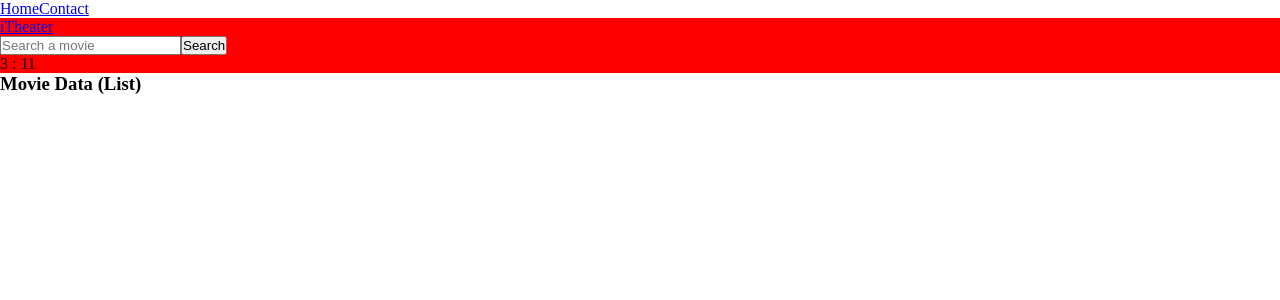
Repository: just-mann/itheater
Page: /
An editor plug-in stored every save of this project. The page is shown before and after the next save, followed by the edit.
The browser window is 1280 px wide. The pictures show the whole page.
The page's requests for data from a server got no answer. The project was rebuilt for these pictures with package versions that can differ from the ones it lists, and the page was loaded fresh each time. No one was signed in, and anything a server would have sent is missing. Also part of the build but not shown: src/components/Contact.js, src/components/MovieDetail.js.

Above is the page before, as saved 2021-07-16 04:11:02.

### public/index.html
<!DOCTYPE html>
<html lang="en">
  <head>
    <meta charset="utf-8" />
    <link rel="icon" href="%PUBLIC_URL%/favicon.ico" />
    <meta name="viewport" content="width=device-width, initial-scale=1" />
    <meta name="theme-color" content="#000000" />
    <meta
      name="description"
      content="Web site created using create-react-app"
    />
    <link rel="apple-touch-icon" href="%PUBLIC_URL%/logo192.png" />
    <!--
      manifest.json provides metadata used when your web app is installed on a
      user's mobile device or desktop. See https://developers.google.com/web/fundamentals/web-app-manifest/
    -->
    <link rel="manifest" href="%PUBLIC_URL%/manifest.json" />
    <!--
      Notice the use of %PUBLIC_URL% in the tags above.
      It will be replaced with the URL of the `public` folder during the build.
      Only files inside the `public` folder can be referenced from the HTML.

      Unlike "/favicon.ico" or "favicon.ico", "%PUBLIC_URL%/favicon.ico" will
      work correctly both with client-side routing and a non-root public URL.
      Learn how to configure a non-root public URL by running `npm run build`.
    -->
    <title>iTheater | Learn More About Your Favorite Movies / TV Shows</title>
  </head>
  <body>
    <noscript>You need to enable JavaScript to run this app.</noscript>
    <div id="root"></div>
    <!--
      This HTML file is a template.
      If you open it directly in the browser, you will see an empty page.

      You can add webfonts, meta tags, or analytics to this file.
      The build step will place the bundled scripts into the <body> tag.

      To begin the development, run `npm start` or `yarn start`.
      To create a production bundle, use `npm run build` or `yarn build`.
    -->
  </body>
</html>

### src/index.js
import React from 'react';
import ReactDOM from 'react-dom';
import './styles/style.css';
import App from './App';
import reportWebVitals from './reportWebVitals';

ReactDOM.render(
  <React.StrictMode>
    <App />
  </React.StrictMode>,
  document.getElementById('root')
);

// If you want to start measuring performance in your app, pass a function
// to log results (for example: reportWebVitals(console.log))
// or send to an analytics endpoint. Learn more: https://bit.ly/CRA-vitals
reportWebVitals();

### src/styles/style.css
* {
  padding: 0;
  margin: 0;
  box-sizing: border-box;
}

html {
  scroll-behavior: smooth;
}

.Header {
  background: red;
  width: 100%;
}/*# sourceMappingURL=style_20210716025908.css.map */

### src/App.js
import React from 'react';
import MovieContextProvider from './contexts/MovieContext';
import {BrowserRouter as Router, Switch, Route} from 'react-router-dom';
import Contact from './components/Contact';
import MovieDetail from './components/MovieDetail';
import ShowList from './components/ShowList';

const App = () => {
  return (
    <div className="App">
        <MovieContextProvider>
        <Router>
          <Switch>
            <Route exact path='/'>
              <ShowList />
            </Route>
            <Route exact path='/contact'>
              <Contact />
            </Route>
            <Route exact path='/:id'>
              <MovieDetail />
            </Route>
          </Switch>
        </Router>
        </MovieContextProvider>
    </div>
  );
}

export default App;

### src/contexts/MovieContext.js
import React, {useState, useEffect, createContext} from 'react';

export const movieContext = createContext();

const MovieContextProvider = (props) => {

    const [movie, setMovie] = useState('Smooth');

    // Data to be displayed...
    const [data, setData] = useState([])

    // Function to enter movie or show name
    const EnterShow = (show) => {
        setMovie(show);
    }

    useEffect(() => {
        fetch(`http://www.omdbapi.com/?s=${movie}&apikey=2c0bfe2d`)
            .then(res => res.json())
            .then(data => {
                setData(data.Search)
                console.log(data.Search)
            })
            .catch(err => console.log(err))
    }, [movie])

    return (
        <movieContext.Provider value={{movie, data, EnterShow}}>
            {data && props.children}
        </movieContext.Provider>
    )
}

export default MovieContextProvider;

### src/components/ShowList.js
import React, {useContext} from 'react';
import { movieContext } from '../contexts/MovieContext';
import Header from './Header';
import SideNav from './SideNav';


const ShowList = () => {

    const {data} = useContext(movieContext);

    // const [myData, setMyData] = useState({});

    return (
        <div className="ShowList">
            <SideNav />
            <div className="rightSide">
                <Header />
                <div>
                    <h3>Movie Data (List)</h3>
                    <div>
                        {data.map(myData => {
                            return(
                                <div key={myData.imdbID} className="showCard">
                                    <img src={myData.Poster} alt={myData.Title} />
                                    <div>
                                        <h3>{myData.Title}</h3>
                                    </div>
                                </div>
                            )
                        })}
                    </div>
                </div>
            </div>
        </div>
    )
}

export default ShowList;

### src/components/Header.js
import React from 'react';
import {Link} from 'react-router-dom';
import Search from './Search';

const Header = () => {
    return (
        <div className="Header">
            <Link className="app_Logo" to='/'>iTheater</Link>
            <div>
                <Search />
                <div className="currTime">3 : 11</div>
            </div>
        </div>
    )
}

export default Header;

### src/components/SideNav.js
import React from 'react';
import {Link} from 'react-router-dom';

const SideNav = () => {
    return (
        <div className="SideNav">
            <div className="links">
                <Link to='/'>Home</Link>
                <Link to="/contact">Contact</Link>
            </div>
        </div>
    )
}

export default SideNav;

### src/components/Search.js
import React, {useState, useContext} from 'react';
import { useHistory } from 'react-router';
import {movieContext} from '../contexts/MovieContext';

const Search = () => {

    const history = useHistory();

    const {EnterShow} = useContext(movieContext)

    const [newSearch, setNewSearch] = useState('');

    const handleChange = (e) => {
        setNewSearch(e.target.value);
    }

    // const reDirect = () => {
    //     let path = '/';
    //     let history = useHistory();
    //     history.push(path);
    // }

    const handleSubmit = (e) => {
        e.preventDefault();
        EnterShow(newSearch);
        setNewSearch('');
        history.push('/')
    }

    return (
        <div className="Search">
            <form onSubmit={handleSubmit}>
                <input type='search' value={newSearch} placeholder='Search a movie' onChange={handleChange}/>
                <button>Search</button>
            </form>
        </div>
    )
}

export default Search;

Loaded but not shown: src/reportWebVitals.js (common file)

After the next save:
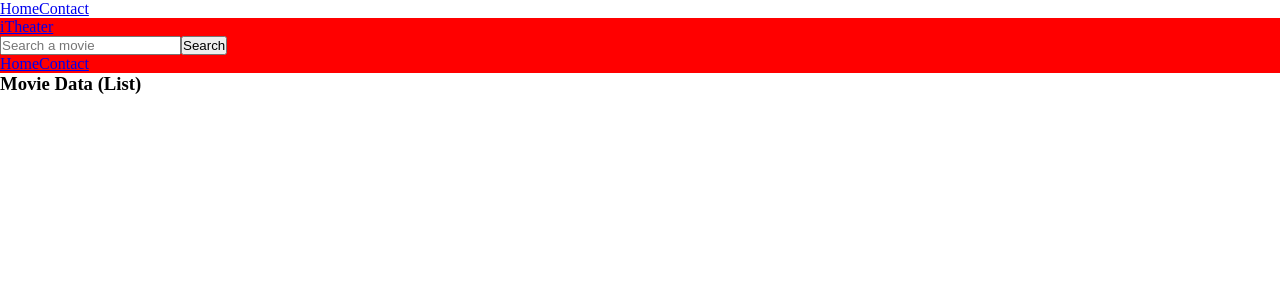
Saved 32 s later.
--- a/src/components/Header.js
+++ b/src/components/Header.js
@@ -5,10 +5,11 @@ import Search from './Search';
 const Header = () => {
     return (
         <div className="Header">
-            <Link className="app_Logo" to='/'>iTheater</Link>
-            <div>
-                <Search />
-                <div className="currTime">3 : 11</div>
+            <Link to='/'>iTheater</Link>
+            <Search />
+            <div className="links">
+                <Link to='/'>Home</Link>
+                <Link to="/contact">Contact</Link>
             </div>
         </div>
     )
